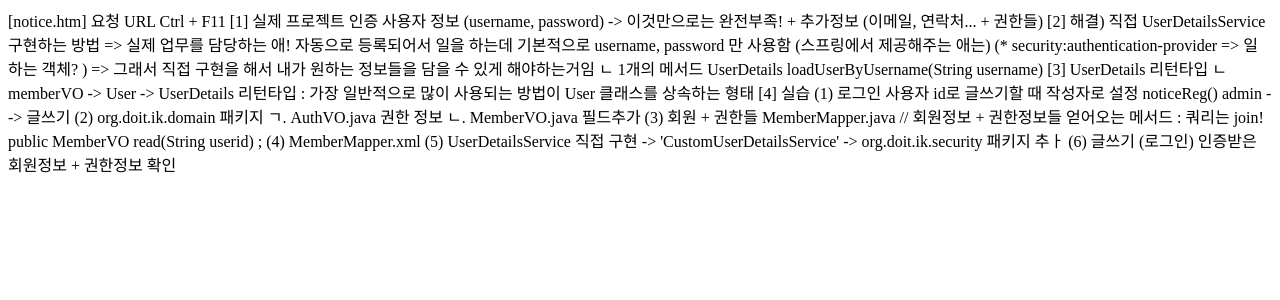
Repository: Vida0822/-
Page: SL11_SECURITY3_USERDETAILSSERVICE/src/main/webapp/customer/notice.htm
The author's editor kept a copy of each file at every save. The page is drawn from the files as they stood at one save, then again after the next save.
The browser window is 1280 px wide. The pictures show the whole page.

Above is the page before, as saved 2023-07-05 03:07:10.

After the next save:
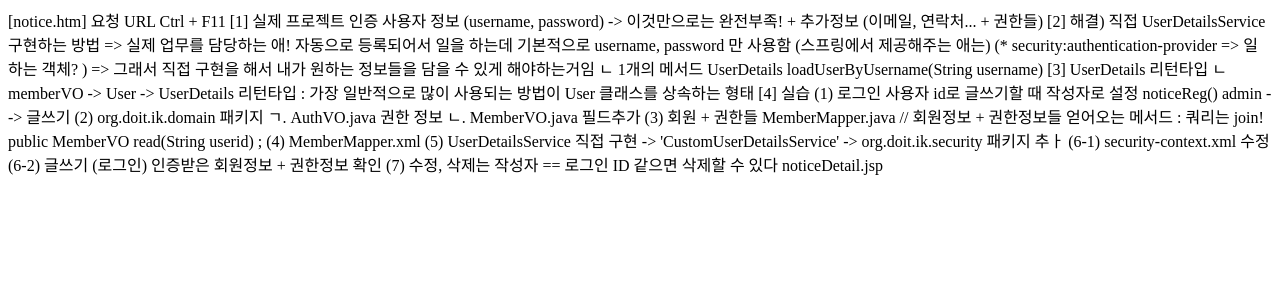
Saved 2 min 9 s later.
--- a/SL11_SECURITY3_USERDETAILSSERVICE/src/main/webapp/customer/notice.htm
+++ b/SL11_SECURITY3_USERDETAILSSERVICE/src/main/webapp/customer/notice.htm
@@ -34,4 +34,9 @@ Ctrl + F11
    (5) UserDetailsService 직접 구현 -> 'CustomUserDetailsService'
    	-> org.doit.ik.security 패키지 추ㅏ
 
-   (6) 글쓰기 (로그인) 인증받은 회원정보 + 권한정보 확인
+   (6-1) security-context.xml  수정
+
+   (6-2) 글쓰기 (로그인) 인증받은 회원정보 + 권한정보 확인
+
+   (7) 수정, 삭제는 작성자 == 로그인 ID 같으면 삭제할 수 있다
+   noticeDetail.jsp
